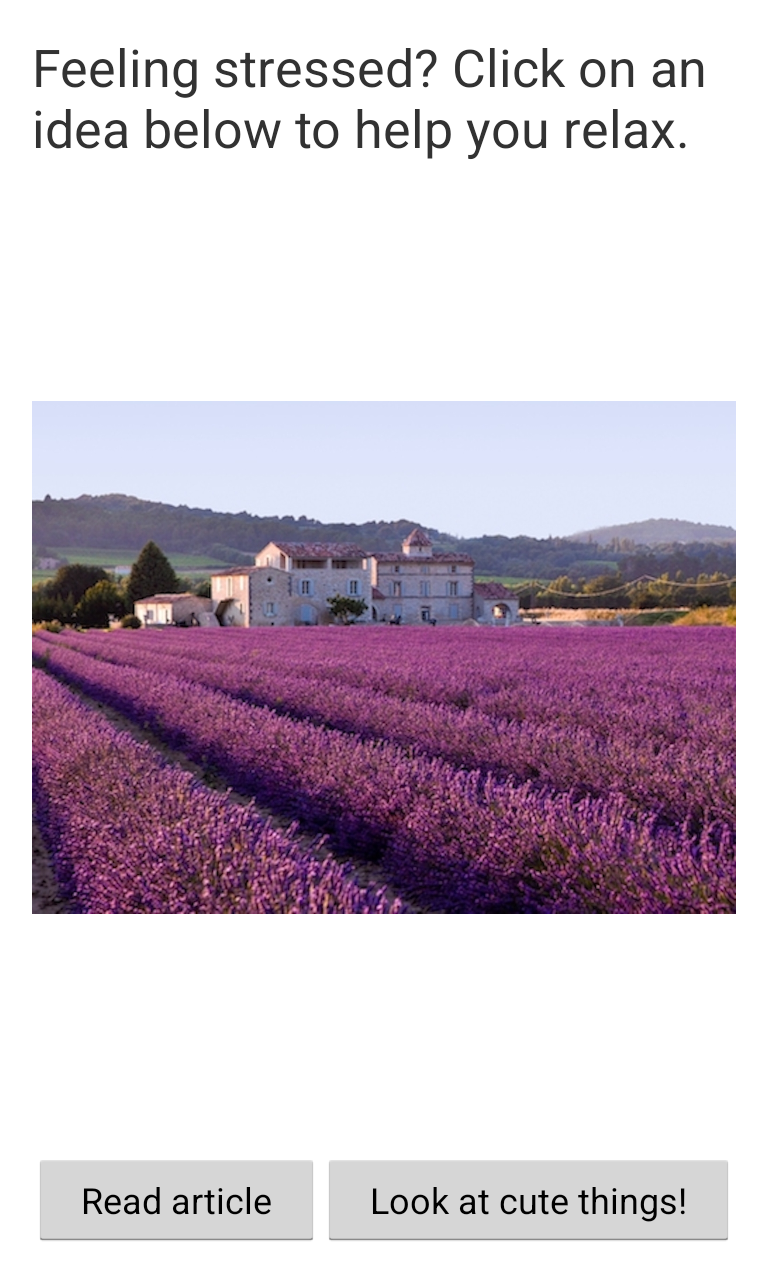
Repository: LSummers33/Apps101
Layout: Self-Care/res/layout/activity_main.xml
An editor plug-in stored every save of this project. The layout is shown before and after the next save, followed by the edit.
It is drawn on a 768 x 1280 px phone screen (xhdpi) without system bars, with theme AppTheme; the app's code is not run.

Above is the layout before, as saved 2014-01-26 21:34:16.

### Self-Care/res/layout/activity_main.xml

<LinearLayout xmlns:android="http://schemas.android.com/apk/res/android"
    xmlns:tools="http://schemas.android.com/tools"
    android:layout_width="match_parent"
    android:layout_height="match_parent"
    android:paddingBottom="@dimen/activity_vertical_margin"
    android:paddingLeft="@dimen/activity_horizontal_margin"
    android:paddingRight="@dimen/activity_horizontal_margin"
    android:paddingTop="@dimen/activity_vertical_margin"
    android:orientation="vertical"
    tools:context=".MainActivity" >

    <TextView
        android:id="@+id/textView1"
        android:layout_width="wrap_content"
        android:layout_height="wrap_content"
        android:textSize="26sp"
        android:text="@string/hello_world" />

    <ImageView
        android:id="@+id/imageView1"
        android:layout_width="wrap_content"
        android:layout_height="0dp"
        android:layout_weight="1"
        android:contentDescription="@string/image"
        android:src="@drawable/lavender_field" />


<LinearLayout
    	android:layout_width="match_parent"
    	android:layout_height="wrap_content"
    	android:orientation="horizontal">

    <Button
        android:id="@+id/button1"
        android:layout_width="wrap_content"
        android:layout_height="wrap_content"
        android:layout_weight="1"
        android:onClick="read_article"
        android:text="@string/button1" />

    <Button
        android:id="@+id/button2"
        android:layout_width="wrap_content"
        android:layout_height="wrap_content"
        android:layout_weight="1"
        android:onClick="cute_pics"
        android:text="@string/button2" />

</LinearLayout>

</LinearLayout>

### Self-Care/res/values/strings.xml
<?xml version="1.0" encoding="utf-8"?>
<resources>

    <string name="app_name">Self-Care</string>
    <string name="action_settings">Settings</string>
    <string name="hello_world">Feeling stressed? Click on an idea
        below to help you relax.</string>
    <string name="button1">Read article</string>
    <string name="button2">Look at cute things!</string>
    <string name="title_activity_music">MusicActivity</string>
    <string name="image">Smell the soothing scent of lavender while you
        relax and listen to the music.</string>

</resources>

Loaded but not shown: Self-Care/res/values/styles.xml (common file); Self-Care/res/values-v11/styles.xml (common file); Self-Care/res/values-v14/styles.xml (common file); Self-Care/res/values/dimens.xml (common file)

After the next save:
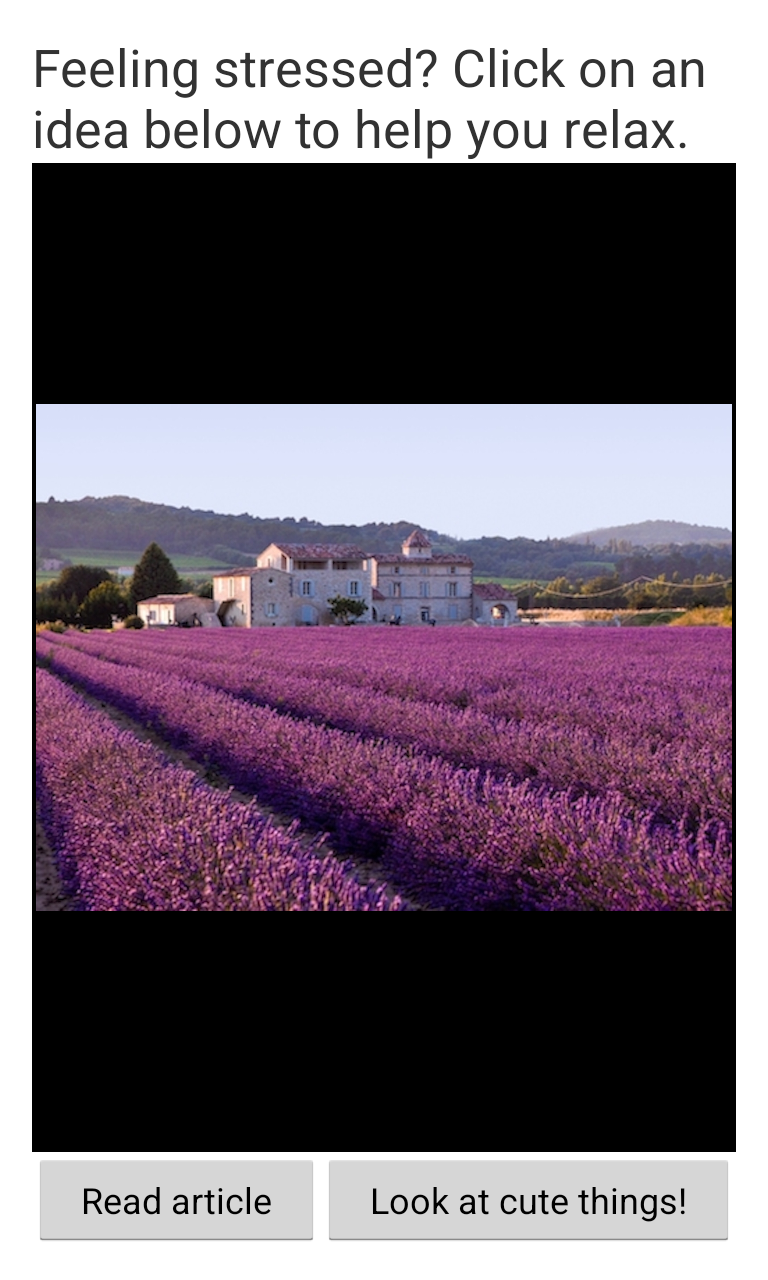
Saved 5 min 10 s later.
--- a/Self-Care/res/layout/activity_main.xml
+++ b/Self-Care/res/layout/activity_main.xml
@@ -22,6 +22,8 @@
         android:layout_width="wrap_content"
         android:layout_height="0dp"
         android:layout_weight="1"
+        android:background="#000000"
+		android:padding="2dp"
         android:contentDescription="@string/image"
         android:src="@drawable/lavender_field" />
 
